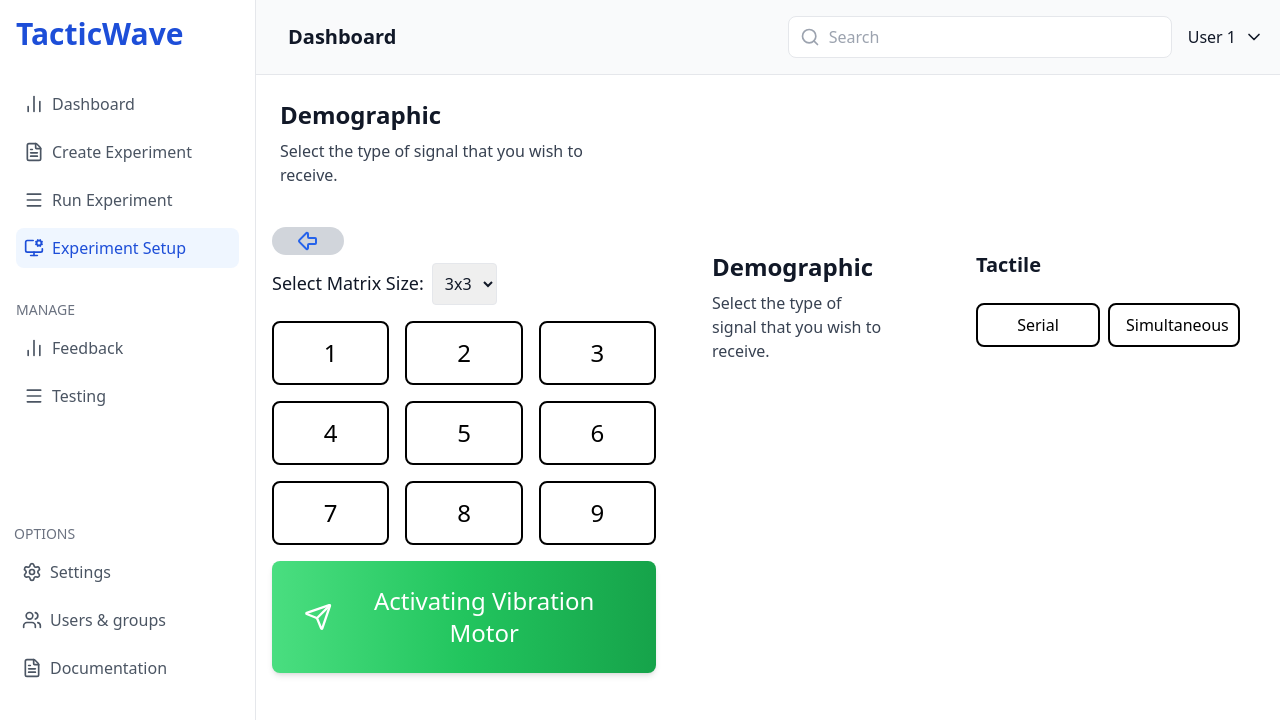
Repository: Nguyenle23/TacticWave
Page: /setup (app in Client/)
The author's editor kept a copy of each file at every save. The page is drawn from the files as they stood at one save, then again after the next save.
The browser window is 1280 px wide. The pictures show the whole page.
The project was rebuilt for these pictures with package versions that can differ from the ones it lists, and the page was loaded fresh each time. Also part of the build but not shown: Client/vite.config.js, Client/src/components/commons/Modal.jsx, Client/src/components/dashboard/ExperimentList/ExperimentItem.jsx, Client/src/components/dashboard/ExperimentList/ExperimentList.jsx, Client/src/components/dashboard/Statistics/StatisticsCard.jsx, Client/src/components/dashboard/Statistics/Statistics.jsx, Client/src/components/dashboard/Dashboard.jsx, Client/src/pages/DashboardPage.jsx and 7 more.

Above is the page before, as saved 2024-12-07 15:17:30.

After the next save:
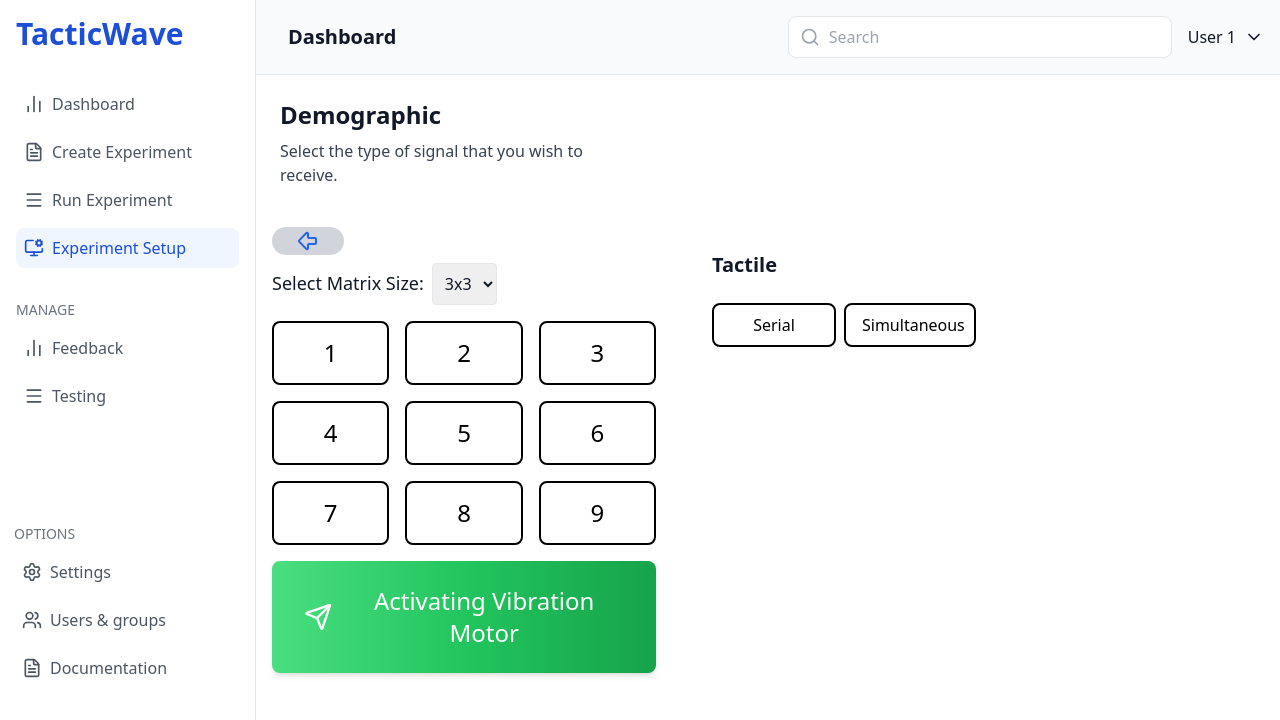
Saved 66 s later.
--- a/Client/src/components/dashboard/ExperimentSetup/ExperimentSetup.jsx
+++ b/Client/src/components/dashboard/ExperimentSetup/ExperimentSetup.jsx
@@ -233,12 +233,12 @@ export const ExperimentSetup = () => {
       <div className="md:w-3/5 w-full flex flex-col">
         <div className="flex justify-between items-start p-6">
           {/* Phần "hello" bên trái */}
-          <div className="w-4/12">
+          {/* <div className="w-4/12">
             <h1 className="text-2xl font-bold mb-2">Demographic</h1>
             <p className="text-gray-700">
               Select the type of signal that you wish to receive.
             </p>
-          </div>
+          </div> */}
 
           {/* Phần bên phải theo cột */}
           <div className="w-6/12 flex flex-col space-y-4">
